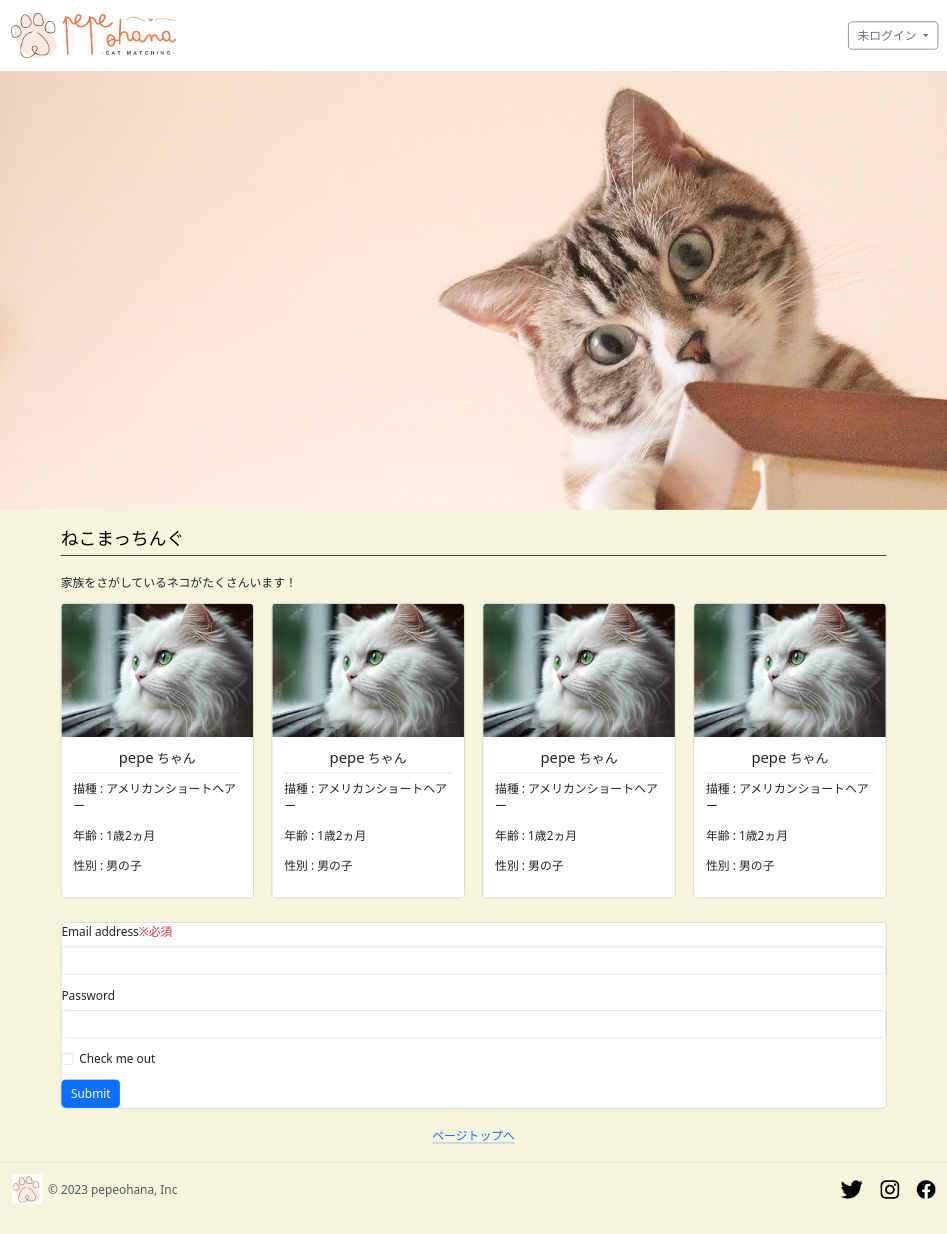
Repository: sakuwell/pepe
Page: http://localhost/PepeOhana/
These files come from the project's save history. The page is drawn as it stood at one moment and after the next save; the edit follows.
The browser window is 1280 px wide. The pictures show the whole page, at 74% of full size.
The page is served by Tomcat 9. Other server files are loaded and not shown.

Above is the page before, as saved 2023-09-06 05:36:15.

### ExWorkSpace/PepeOhana/src/main/webapp/index.jsp
<%@ page language="java" contentType="text/html; charset=UTF-8"
    pageEncoding="UTF-8"%>
<%@ page import="model.UsersInfoDto" %>

<!DOCTYPE html>
<html lang="ja">
<head>
    <meta charset="UTF-8">
    <meta name="viewport" content="width=device-width, initial-scale=1.0">
    <!-- Bootstrap CSS -->
    <link href="https://cdn.jsdelivr.net/npm/bootstrap@5.3.0/dist/css/bootstrap.min.css" rel="stylesheet" integrity="sha384-9ndCyUaIbzAi2FUVXJi0CjmCapSmO7SnpJef0486qhLnuZ2cdeRhO02iuK6FUUVM" crossorigin="anonymous">
    <script src="https://cdn.jsdelivr.net/npm/bootstrap@5.3.0/dist/js/bootstrap.bundle.min.js" integrity="sha384-geWF76RCwLtnZ8qwWowPQNguL3RmwHVBC9FhGdlKrxdiJJigb/j/68SIy3Te4Bkz" crossorigin="anonymous"></script>
    <title>Top | pepeohana</title>
</head>

<%
    // セッションを取得
	UsersInfoDto userInfoOnSession = (UsersInfoDto)session.getAttribute("LOGIN_INFO");
	boolean isLoggedIn = false;
	String userName = "";
	//HttpSession mysession = request.getSession(true);

    // セッションが存在し、username属性もセットされている場合はログイン済み
    if (userInfoOnSession != null) {
		userName = userInfoOnSession.getUserName();
        isLoggedIn = true;
    }
%>

<body  style="background-color:beige;">
	<% if (isLoggedIn) { %>
    <!-- ログイン済ヘッダー -->
    <nav class="navbar navbar-expand-lg navbar-light bg-white">
        <div class="container-fluid">
            <a class="navbar-brand" href="index.jsp">
                <img src="images/pepe_ohana_logo.png" alt="ページロゴ" width="auto" height="70">
            </a>
            <div class="btn-group">
                <button type="button" class="btn btn-secondary dropdown-toggle" data-bs-toggle="dropdown" aria-expanded="false">
                    userName
                </button>
                <ul class="dropdown-menu dropdown-menu-end">
                    <li><a class="dropdown-item" href="<%=request.getContextPath()%>/ExeMyPage">マイページ</a></li>
                    <li><a class="dropdown-item" href="<%=request.getContextPath()%>/ExeLogout">ログアウト</a></li>
                </ul>
            </div>
        </div>
    </nav>
    <!-- ログイン済ヘッダーここまで -->
    <% } else { %>
    <!-- 未ログインヘッダー -->
    <nav class="navbar navbar-expand-lg navbar-light bg-white">
    	<div class="container-fluid">
        	<a class="navbar-brand" href="index.jsp">
          		<img src="images/pepe_ohana_logo.png" alt="ページロゴ" width="auto" height="70">
          	</a>
         	<div class="btn-group">
            	<button type="button" class="btn btn-outline-secondary dropdown-toggle" data-bs-toggle="dropdown" aria-expanded="false">
             		 未ログイン
            	</button>
            	<ul class="dropdown-menu dropdown-menu-end">
              		<li><a class="dropdown-item" href="jsp/Login.jsp">ログイン</a></li>
              		<li><a class="dropdown-item" href="jsp/registUser.jsp">新規ユーザー登録</a></li>
            	</ul>
          	</div>
        </div>
    </nav>
    <!-- 未ログインヘッダーここまで -->
    <% } %>


    <!-- ヒーロー画像 -->
    <img class="img-fluid mb-4" src="images/hero_index.jpg"  alt="index画像" style="max-height:600px; width:100%; object-fit: cover;">

    <!-- ここから下　ページごとの内容 -->
    <div class="container">
        <div class="h4 pb-2 mb-4 text-black border-bottom border-black">
            ねこまっちんぐ
        </div>
            <p>家族をさがしているネコがたくさんいます！</p>
        <!-- 猫カードエリア -->
        <div class="row">
           <!-- カードのコンテンツ1 -->
           <div class="col-6 col-md-4 col-lg-3">
                <div class="card mb-3">
                	<img src="images/cat_2.jpg" style="height:180px; width: 100%; object-fit: cover;" class="card-img-top" alt="猫画像">
                    <div class="card-body">
                        <h5 class="card-title text-center border-bottom pb-2">pepe<small> ちゃん</small></h5>
                        <p class="card-text text-right">描種 : アメリカンショートヘアー</p>
                        <p class="card-text text-right">年齢 : 1歳2ヵ月</p>
                        <p class="card-text text-right">性別 : 男の子</p>
                        <div class="d-flex justify-content-center">
                            <a href="#" class="stretched-link"></a>
                        </div>
                    </div>
                </div>
            </div>
           <!-- カードのコンテンツ2 -->
           <div class="col-6 col-md-4 col-lg-3">
                <div class="card mb-3">
                	<img src="images/cat_2.jpg" style="height:180px; width: 100%; object-fit: cover;" class="card-img-top" alt="猫画像">
                    <div class="card-body">
                        <h5 class="card-title text-center border-bottom pb-2">pepe<small> ちゃん</small></h5>
                        <p class="card-text text-right">描種 : アメリカンショートヘアー</p>
                        <p class="card-text text-right">年齢 : 1歳2ヵ月</p>
                        <p class="card-text text-right">性別 : 男の子</p>
                        <div class="d-flex justify-content-center">
                            <a href="#" class="stretched-link"></a>
                        </div>
                    </div>
                </div>
            </div>
           <!-- カードのコンテンツ3 -->
           <div class="col-6 col-md-4 col-lg-3">
                <div class="card mb-3">
                	<img src="images/cat_2.jpg" style="height:180px; width: 100%; object-fit: cover;" class="card-img-top" alt="猫画像">
                    <div class="card-body">
                        <h5 class="card-title text-center border-bottom pb-2">pepe<small> ちゃん</small></h5>
                        <p class="card-text text-right">描種 : アメリカンショートヘアー</p>
                        <p class="card-text text-right">年齢 : 1歳2ヵ月</p>
                        <p class="card-text text-right">性別 : 男の子</p>
                        <div class="d-flex justify-content-center">
                            <a href="#" class="stretched-link"></a>
                        </div>
                    </div>
                </div>
            </div>
           <!-- カードのコンテンツ4 -->
           <div class="col-6 col-md-4 col-lg-3">
                <div class="card mb-3">
                	<img src="images/cat_2.jpg" style="height:180px; width: 100%; object-fit: cover;" class="card-img-top" alt="猫画像">
                     <div class="card-body">
                         <h5 class="card-title text-center border-bottom pb-2">pepe<small> ちゃん</small></h5>
                         <p class="card-text text-right">描種 : アメリカンショートヘアー</p>
                         <p class="card-text text-right">年齢 : 1歳2ヵ月</p>
                         <p class="card-text text-right">性別 : 男の子</p>
                         <div class="d-flex justify-content-center">
                             <a href="#" class="stretched-link"></a>
                         </div>
                     </div>
                 </div>
            </div>
		</div>

        <!-- 検索フォームエリア -->
        <div class="card mt-3">
         	<form action="#">
				<div class="mb-3">
	 				<label for="exampleInputEmail1" class="form-label">Email address<span class="text-danger">※必須</span></label>
	 				<input type="email" class="form-control" id="exampleInputEmail1" aria-describedby="emailHelp">
	 				<div id="emailHelp" class="form-text">

	 				</div>
				</div>
				<div class="mb-3">
					<label for="exampleInputPassword1" class="form-label">Password</label>
	 				<input type="password" class="form-control" id="exampleInputPassword1">
				</div>
				<div class="mb-3 form-check">
					<input type="checkbox" class="form-check-input" id="exampleCheck1">
	 				<label class="form-check-label" for="exampleCheck1">Check me out</label>
				</div>
				<button type="submit" class="btn btn-primary">Submit</button>
			</form>
		</div>

	</div>
    <!-- ここまで　ページごとの内容 -->

    <!-- フッター -->
    <div class="text-center mt-4">
        <a class="icon-link icon-link-hover" href="#">
            ページトップへ
        </a>
	</div>
	<footer class="d-flex flex-wrap justify-content-between align-items-center py-3 my-4 border-top">
    	<div class="col-md-4 d-flex align-items-center ms-3">
        	<a href="index.jsp" class="mb-3 me-2 mb-md-0"><img alt="ロゴ画像" src="images/nikukyu_logo.png" width="auto" height="40"></a>
          	<span class="mb-3 mb-md-0 text-body-secondary">© 2023 pepeohana, Inc</span>
        </div>
        <ul class="nav col-md-4 justify-content-end list-unstyled d-flex me-3">
            <li><a href="#"><img src=images/twitter_logo.png width="auto" height="25"></a></li>
            <li class="ms-4"><a href="#"><img src=images/insta_logo.png width="auto" height="25"></a></li>
            <li class="ms-4"><a href="#"><img src=images/facebook_logo.png width="auto" height="25"></a></li>
        </ul>
	</footer>
    <!-- フッター　ここまで -->

</body>
</html>

After the next save:
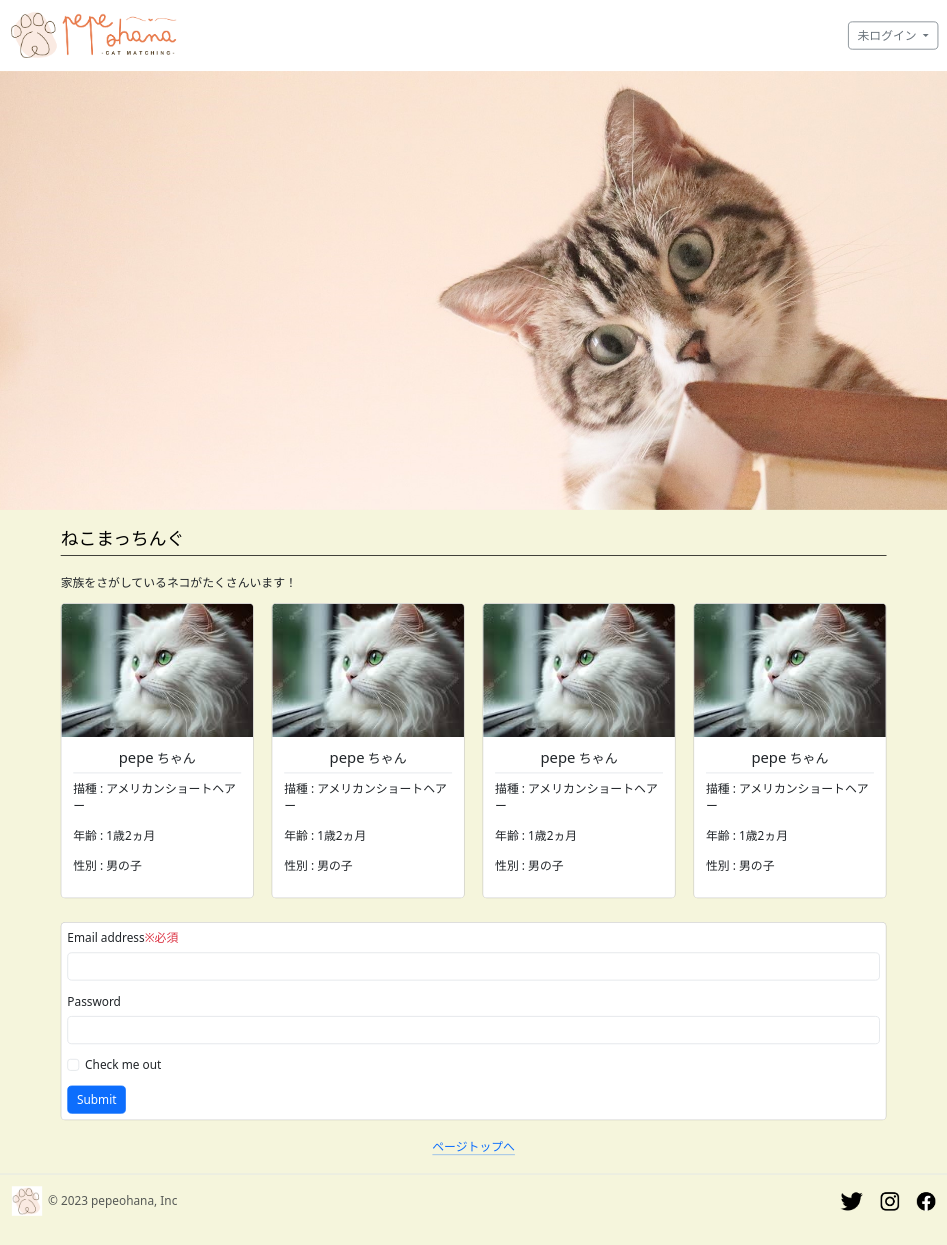
Saved 27 s later.
--- a/ExWorkSpace/PepeOhana/src/main/webapp/index.jsp
+++ b/ExWorkSpace/PepeOhana/src/main/webapp/index.jsp
@@ -143,7 +143,7 @@
 		</div>
 
         <!-- 検索フォームエリア -->
-        <div class="card mt-3">
+        <div class="card mt-3 p-2">
          	<form action="#">
 				<div class="mb-3">
 	 				<label for="exampleInputEmail1" class="form-label">Email address<span class="text-danger">※必須</span></label>

After the save that followed:
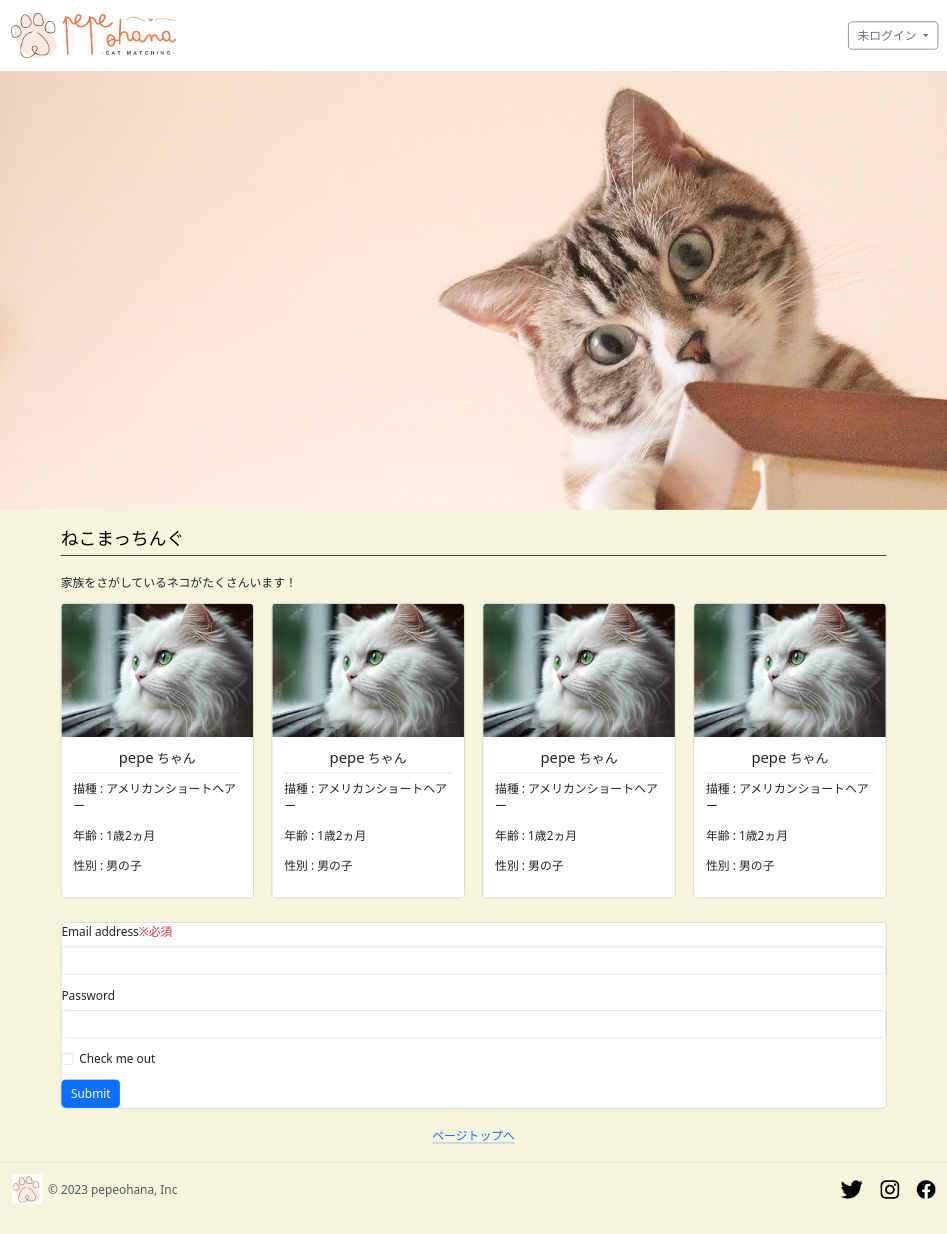
Saved 8 s later.
--- a/ExWorkSpace/PepeOhana/src/main/webapp/index.jsp
+++ b/ExWorkSpace/PepeOhana/src/main/webapp/index.jsp
@@ -143,7 +143,7 @@
 		</div>
 
         <!-- 検索フォームエリア -->
-        <div class="card mt-3 p-2">
+        <div class="card mt-3 3">
          	<form action="#">
 				<div class="mb-3">
 	 				<label for="exampleInputEmail1" class="form-label">Email address<span class="text-danger">※必須</span></label>
